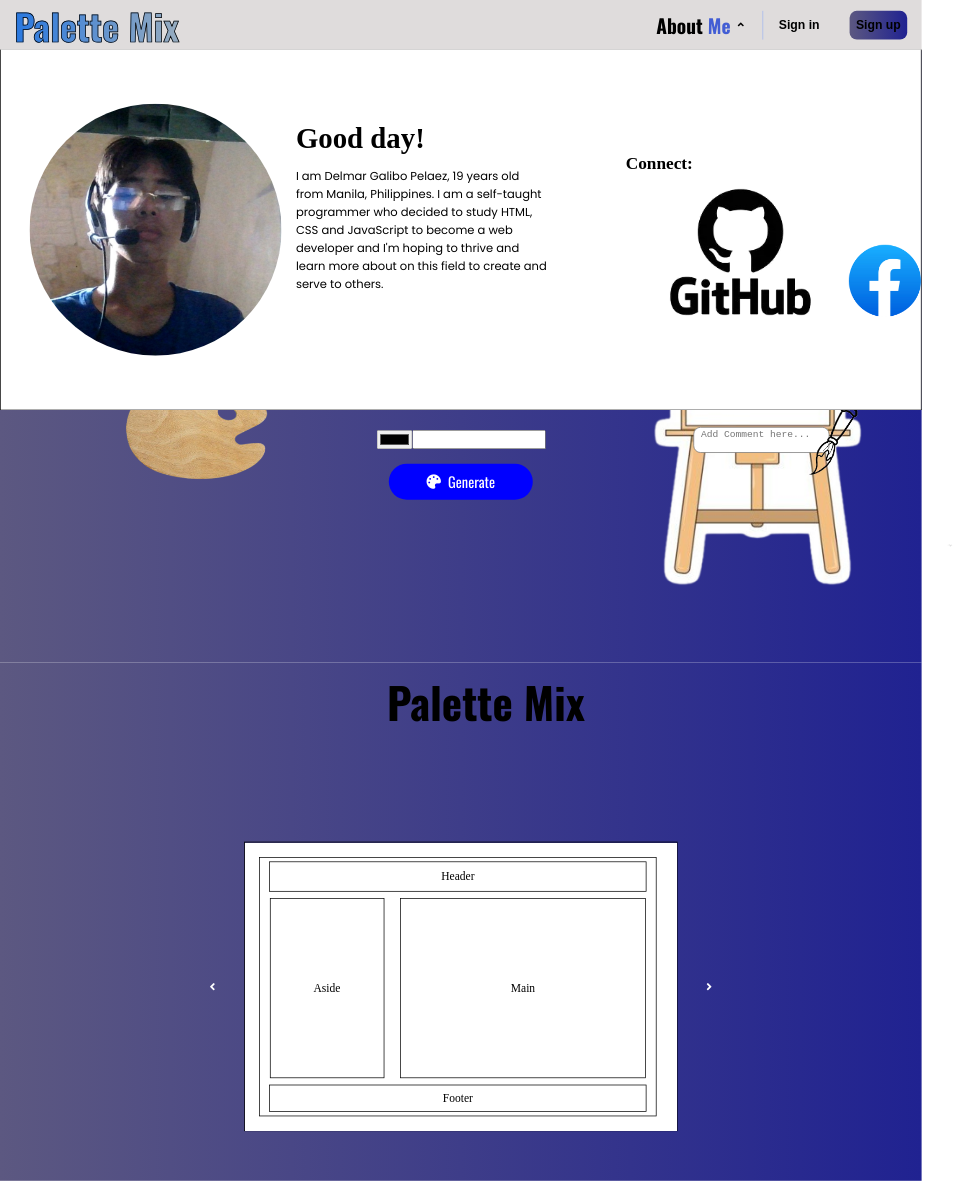
Repository: dmpelaez/Login-Signup-form
Page: Color/colorHeader.html
The author's editor kept a copy of each file at every save. The page is drawn from the files as they stood at one save, then again after a run of saves.
The browser window is 1280 px wide. The page is 1353 px wide, so the pictures cover 1353 px, including what lies to the right of the window. The pictures show the whole page, at 72% of full size.
Some web libraries are served in a nearby version.

Above is the page before, as saved 2025-12-12 18:17:19.

### Color/colorHeader.html
<!DOCTYPE html>

  <html lang="en" dir="ltr">

    <head>

      <title>Palette Mix</title>
      <!--Style-->
      <link rel="stylesheet" href="colorHeader.css">
      <link rel="stylesheet" href="colorMain.css">
      <link rel="stylesheet" href="https://cdnjs.cloudflare.com/ajax/libs/font-awesome/5.14.0/css/all.min.css">
    </head>
    <body>

      <header class="color-header">
        <!--Title-->
        <a href="colorHeader.html">
          <section id="title" class="color-title">
            Palette Mix
          </section>
        </a>

        <!--End-->

        <!--Right side navigation bar-->
        <section class="navigation-bar">

          <!--About me-->
          <button class="about-me">
            <span class="aboutme">About <span class="me-text">Me</span></span>
            <i class="fas fa-angle-up"></i>
          </button>

          <!--Login & Signup form-->
          <div class="signin-signup">
            <button class="sign-in">
              Sign in
            </button>
            <button class="sign-up">
              Sign up
            </button>
          </div>
        </section>
        <!--End-->
        <div class="aboutmeSection">
          <div class="sectionAboutme">

            <img class="imageofme" alt="Creator Image" src="WIN_20241001_13_05_33_Pro.jpg">
            <P class="gd">Good day!</P>
            <p class="introduction">
              I am Delmar Galibo Pelaez, 19 years old from Manila, Philippines.
              I am a self-taught programmer who decided to study HTML, CSS and JavaScript to become
              a web developer and I'm hoping to thrive and learn more about on this field to create and serve to others.
            </p>

          </div>

          <div class="connectSection">
            <div class="contacts">
              <h2 class="connect-text">Connect:</h2>
              <a class="githubLink" href="#" target="_blank">
                 <img class="github" alt="Github" src="download__1_-removebg-preview.png">
              </a>
              <a class="facebook"  href="#" target="_blank">
                <img class="fb"  alt="Facebook" src="facebook-logo (1).png">
              </a>
            </div>

          </div>

        </div>


      </header>

      <main class="mainpage">

        <!--Main page-->
        <div class="main-page">

          <section class="title1">

            <h1 class="intro">Your color palettes generator!</h1>

            <h3 class="little-info">Create the perfect palette and get inspired by thousands of beautiful color schemes.</h3>
            <div class="sliding">
              <div class="colors">
              </div>
              <div class="colors2">
              </div>
              <div class="colors3">
              </div>
               <div class="colors4">
              </div>
            </div>

            <div class="colorSearch">
              <input type="color" class="colorbox">
              <Input type="text"  class="textbox">
              <img class="brush" src="brush.png">
              <img class="plate" src="plate.png">
              <img class="board" src="board.png">
                <div class="comment-section">
                  <h3 class="comment-text">Comment Here!</h3>
                  <ul class="comment-list"></ul>
                  <textarea class="comment-input" placeholder="Add Comment here..."></textarea>
                </div>
              </img>

            </div>

            <button class="generator">
              <i class="fas fa-palette"></i>
              Generate
            </button>
          </section>


        </div>

        <div class="theWhole">
          <div class="paletteText">Palette Mix</div>
          <div class="colorGenerator">
          </div>

          <div class="wholeDesign">
          <i id="leftIcon" class="fas fa-angle-left"></i>
              <div class="divBox">

            <!--Design 1-->


            <div class="divScroll">
              <div  class="div1">
                <div id="randomBox1" class="divpage1">
                  <header id="randomBox2" class="headerDiv1">Header</header>
                  <main  id="randomBox3" class="mainDiv1">
                    <div id="randomBox4" class="asideDiv1">Aside</div>
                    <div id="randomBox5" class="frontDiv1">Main</div>
                  </main>
                  <footer id="randomBox7" class="footerDiv1">Footer</footer>
                </div>
              </div>
              <!--Design 2-->
              <div  class="div2">
                <div id="randomBox1" class="divpage2">
                  <header id="randomBox2" class="headerDiv2">Header</header>
                    <div id="randomBox4" class="asideDiv2">Aside</div>
                    <div id="randomBox5" class="frontDiv2">Main</div>
                  <footer id="randomBox7" class="footerDiv2">Footer</footer>
                </div>
              </div>

              <!--Design 3-->

              <div  class="div3">
                <div id="randomBox1" class="divpage3">
                  <header id="randomBox2" class="headerDiv3">Header</header>
                    <div class="navBar">Navigation</div>
                    <div id="randomBox4" class="asideDiv3">Aside</div>
                    <div id="randomBox4" class="asideDiv32">Aside</div>
                    <div id="randomBox5" class="frontDiv3">Main</div>

                  <footer id="randomBox7" class="footerDiv3">Footer</footer>
                </div>
              </div>

            </div>
          </div>
          <i id="rightIcon"class="fas fa-angle-right"></i>



        </div>

        </div>


      </main>


      <script type="module" src="color.js"></script>

    </body>

  </html>

### Color/colorHeader.css
@import url('https://fonts.googleapis.com/css2?family=Anton&family=Oswald:wght@200..700&family=Poppins:ital,wght@0,100;0,200;0,300;0,400;0,500;0,600;0,700;0,800;0,900;1,100;1,200;1,300;1,400;1,500;1,600;1,700;1,800;1,900&family=Roboto:ital,wght@0,100..900;1,100..900&display=swap');

body {
  margin: 0;
  padding: 0;
}

.color-header {
  display: flex;
  justify-content: space-between;
  align-items: center;
  padding-left: 20px;
  padding-right: 20px;
  background: rgb(223, 220, 220);
  box-sizing: border-box;
  position: fixed;
  right: 0;
  left: 0;
  top: 0;
  height: 70px;
  border-bottom: 1px solid gray;
  z-index: 2;
}
@media (max-width: 670px) {
  .color-header {
    gap: 30px;
  }
}

a {
  text-decoration: none;
  flex-shrink: 0;
}

.color-title {
font-family: "Oswald", sans-serif;
font-weight: bold;
display: flex;
height: 50px;
font-size: 50px;
justify-content: start;
align-items: center;
-webkit-text-stroke: 1px black;
background: linear-gradient(90deg, rgb(41, 120, 224), rgb(150, 171, 190));
-webkit-background-clip: text;
-webkit-text-fill-color: transparent;
transition: all 0.3s ease;
cursor: pointer;
flex-shrink: 0;
}




.navigation-bar {
  display: Flex;
  justify-content: space-between;
  align-items: center;
  gap: 20px;
  height: 50px;
}
.signin-signup {
  display: Flex;
  border-left: 1px solid rgb(162, 183, 240);
  justify-content: space-between;
  align-items: center;
  gap: 30px;
  height: 40px;
  padding-left: 10px;
}

.sign-up {
  height: 40px;
  width: 80px;
  border-radius: 10px;
  border: none;
  background: transparent;
  color: black;
  font-family: arial;
  font-weight: bold;
  font-size: 17px;
  cursor: pointer;
  background: linear-gradient(90deg, rgb(92, 88, 129), rgb(32, 34, 145));
}
.sign-in {
  height: 40px;
  width: 80px;
  border-radius: 10px;
  border: none;
  background: transparent;
  color: black;
  font-family: arial;
  font-weight: bold;
  font-size: 17px;
  cursor: pointer;

}
.sign-in:hover,
.sign-up:hover {
background: linear-gradient(90deg, rgb(92, 88, 129), rgb(32, 34, 145));
  color: white;
}
.about-me {
  display: flex;
  justify-content: space-evenly;
  height: 40px;
  align-items: center;
  background-color: transparent;
  border: none;
  cursor: pointer;
  border-radius: 5px;
  flex-shrink: 0;
}
.about-me:hover {
  color: white;
  background: linear-gradient(90deg, rgb(92, 88, 129), rgb(32, 34, 145));
}
.aboutme {
  font-weight: bold;
  font-size: 27px;
  font-family: "Oswald";

}

.me-text {
  margin-right: 10px;
  color: rgb(66, 93, 212);
}

### Color/colorMain.css
@import url('https://fonts.googleapis.com/css2?family=Anton&family=Luckiest+Guy&family=Oswald:wght@200..700&family=Poppins:ital,wght@0,100;0,200;0,300;0,400;0,500;0,600;0,700;0,800;0,900;1,100;1,200;1,300;1,400;1,500;1,600;1,700;1,800;1,900&family=Roboto:ital,wght@0,100..900;1,100..900&display=swap');

body {
  height: 1580px;
}

.mainpage {
margin-top: 70px;
display: grid;
max-width: 1900px;
flex-shrink: 0;
position: relative;
}



.main-page {

}
.intro {
  font-weight: bold;
  font-size: 95px;
  white-space: wrap;
  font-family: "Oswald";
  flex-shrink: 0;
  display: flex;
  margin: 0px;
}


.aboutmeSection {
  display: flex;
  position: absolute;
  border: 1px solid black;
  background-color: white;
  left: 0;
  top: 100%;
  right: 0%;
  border-top: none;
  height: 500px;
  justify-content: space-between;
  align-items: center;
}
.sectionAboutme {
  display: flex;
  height: 200px;
  justify-content: center;
 align-items: center;
 position: relative;
 gap: 20px;
 padding-left: 40px;
}
.imageofme {
  width: 350px;
  height: 350px;
  object-fit: cover;
  border-radius: 50%;
}
.introduction {
  width: 350px;
  font-family: "Poppins";
}
.gd {
  font-weight: bold;
  font-size: 40px;
  white-space: nowrap;
  position: absolute;
  top: -90px;
  left: 410px;
}
.fb {
  width: 100px;
}




.title1 {
  display: flex;
  flex-direction: column;
    width: 100%;
  height: 800px;
  justify-content: start;
  position: relative;
  padding-top: 50px;
  align-items: center;
 background: linear-gradient(90deg, rgb(92, 88, 129), rgb(32, 34, 145));
 transition: background 6s ease;

}


.animate-gradient {
  animation: gradientShift 6s infinite alternate;
}

.little-info {

  font-size: 19px;
  color: rgb(0, 0, 0);
  font-family: "Poppins";
}

.letters {
  display: inline-block;
  margin: 2px;
}

.letters:hover {
  cursor: pointer;
  transition: text-shadow 0.3s ease;

  animation: wiggle 0.2s infinite alternate;
}


@keyframes wiggle {
  from {transform: translateX(0);}
  to {transform: translateX(-10px);}
}
.colors,
.colors2,
.colors3,
.colors4  {
  display: flex;

   width: 500px;
  height: 150px;
  justify-content: center;

   gap: 10px;
}
.colors div,
.colors2 div,
.colors3 div,
.colors4 div {
  display: Flex;
  height: 145px;
  flex-direction: row;
  width: 200px;
  justify-content: center;
}
.box {
  display: Flex;
  align-items: center;
  justify-content: center;
  font-weight: bold;
  font-size: 19px;
  text-transform: uppercase;
  cursor: pointer;

  border-radius: 10px;
}
.sliding {

  height: 250px;
 position: relative;
 overflow: hidden;
 margin-bottom: 20px;
}
.colors,
.colors2,
.colors3,
.colors4 {
  animation: scrollUp 6s linear infinite;

}


@keyframes scrollUp {
  0%   { transform: translateY(0); }
  25%   { transform: translateY(-50%); }
  50%   { transform: translateY(-100%); }
  75%   { transform: translateY(-150%); }
  100% { transform: translateY(-205%); }
}

.colorSearch {
  display: Flex;
  position: relative;
}
.brush {
  position: absolute;
  width: 300px;
  object-fit: cover;
  z-index: 1;
  top: -250px;
  right: -580px;
  pointer-events: none;
}
.plate {
  position: absolute;
  width: 200px;
  left: -350px;
  top: -70px;


}
.board {
  position: absolute;
  width: 600px;
  top: -330px;
  left: 230px;
  pointer-events: none;
}

.comment-section {
  position: absolute;
  right: -394px;
  bottom: -20%;
  display: flex;
  flex-direction: column;
  height: 250px;
  justify-content: end;
  text-align: center;

}
.comment-list {
position: absolute;
bottom: 10%;
display: flex;
align-items: left;
justify-content: start;

gap: 10px;
height: 140px;
width: 189px;
padding: 0;
left: -16px;
flex-direction: column;
overflow-y: scroll;
padding-left: 10px;
}
.comment-text {
  margin: 0px;
  Position: absolute;
  top: 45px;
  left: 20px;
  white-space: nowrap;
}
.comment-input {
display: flex;
position: initial;
padding-left: 10px;
text-align: middle;
align-items: center;
justify-content: center;
border-radius: 10px;
outline: none;
}
.comments {
  display: flex;
  justify-content: start;
  text-align: left;
  width: 160px;
  white-space: normal;
  word-wrap: break-word;
  word-break: break-all;
  overflow-wrap: break-word;
  border: 1px solid gray;
  padding: 10px;
  padding-right: 0px;
}


.generator {
  display: flex;
  background: blue;
  border: none;
  border-radius: 50px;
  height: 50px;
  align-items: center;
  justify-content: center;
  margin-top: 20px;
  width: 200px;
  font-family: "Oswald";
  font-size: 20px;
  color: white;
  cursor: pointer;
}
.generator i {
  margin-right: 10px;
}

.colorGenerator {
  display: flex;


  height: 200px;
  width: 100%;
  align-self: center;
 justify-self: center;
 align-items: center;
 justify-content: center;
 gap: 10px;

}
.generateColor {
  display: flex;
  border-width: 1px;
  border-radius: solid;
  width: 200px;
  height: 100px;
  justify-content: center;
  align-items: center;
  cursor: pointer;
  color: black;
}

.paletteText {
  font-weight: bold;
  font-family: "Oswald";
  font-size: 60px;
  position: absolute;
  left: 42%;
  top: 0;
  right: 50%;
  white-space: nowrap;
  top: 10px;

}

.theWhole {
  height: 100vh;
  display: flex;
  flex-direction: column;
  justify-content: center;
  align-items: center;
  position: relative;
 background: linear-gradient(90deg, rgb(92, 88, 129), rgb(32, 34, 145));
}

.divBox {
  border: 1px solid black;
  height: 400px;
  width: 600px;
  display: flex;
  align-items: center;
  justify-content: center;
  align-self: center;
  justify-self: center;
  gap: 20px;
  background-color: white;
  overflow-x: auto;
  scroll-behavior: smooth;
  position: relative;
}
.divBox::-webkit-scrollbar {
  display: none;
}
.wholeDesign {
  display: flex;
  justify-content: center;
  align-items: center;
  margin-bottom: 20px;
}


.divBox i {
  cursor: pointer;
  margin-right: 10px;
  margin-left: 10px;

}

.divScroll {
  display: flex;
  justify-content: space-evenly;
  height: 90%;
  min-width: 90%;
  position: absolute;
  left: 20px;
  background-color: white;
  gap: 30px;

}

.div1{
  display: grid;
  border: 1px solid black;
  min-height: 90%;
  width: 550px;
  flex-direction: column;
  z-index: 1;


}


.div2 {
 display: grid;
  border: 1px solid black;
  min-height: 90%;
  width: 550px;
  flex-direction: column;
  z-index: 1;

}
.div3 {
  display: grid;
  border: 1px solid black;
  min-height: 90%;
  width: 550px;
  flex-direction: column;
  z-index: 1;
  margin-right: 20px;

}





.divpage1 {
  display: flex;
   z-index: 2;
   flex-direction: column;
  height: 100%;
  min-width: 100%;
  justify-content: space-between;
  align-items: center;

}

.headerDiv1 {
  display: flex;
  align-items: center;
  justify-content: center;
  height: 40px;
  border: 1px solid black;
  min-width: 95%;
  margin-top: 5px;
  z-index: 2;
  background-color: white;
}
.mainDiv1{
  display: flex;
   z-index: 2;
  height: 70%;
  min-width: 95%;
  justify-content: space-between;

}
.footerDiv1 {
  display: flex;
  border: 1px solid black;
  min-width: 95%;
  justify-content: center;
  height: 10%;
  align-items: center;
  margin-bottom: 5px;
    z-index: 2;
    background-color: white;
}
.asideDiv1 {
  border: 1px solid black;
  min-width: 30%;
  display: flex;
  align-items: center;
  justify-content: center;
  z-index: 2;
  background-color: white;
}
.frontDiv1 {
  display: flex;
  border: 1px solid black;
  min-width: 65%;
  justify-content: center;
  align-items: center;
  z-index: 2;
  background-color: white;
}





.divpage2 {
  display: grid;
grid-template-columns: 150px 1fr 1fr 1fr;
grid-template-rows: 150px 1fr 1fr 1fr;
row-gap: 10px;
column-gap: 10px;
margin: 10px;
}
.headerDiv2 {
  grid-row: 1 / 3 span;
  display: flex;
  justify-content: center;
  align-items: center;
  border: 1px solid black;
  background-color: white;
}

.footerDiv2 {
  grid-row: 4 / 1 span;
  grid-column: 4 span;
  display: flex;
  justify-content: center;
  align-items: center;
  border: 1px solid black;
  background-color: white;
}


.frontDiv2 {
grid-column: 2 / 3 span;
grid-row: 1 / 2 span;
display: flex;
justify-content: center;
align-items: center;
border: 1px solid black;
background-color: white;
}
.asideDiv2 {
  grid-column: 2 / 3 span;
  display: flex;
  justify-content: center;
  align-items: center;
  border: 1px solid black;
  background-color: white;
}




.divpage3 {
  display: grid;
  grid-template-columns: 150px 1fr 150px;
  grid-template-rows: 50px 40px 1fr 1fr 40px;
  row-gap: 10px;
  column-gap: 10px;
  margin: 10px;

}
.headerDiv3 {
  grid-column: 1 / 3 span;
  display: flex;
  justify-content: center;
  align-items: center;
  border: 1px solid black;
  background-color: white;
}
.navBar {
  grid-column: 1 / 3 span;
  display: flex;
  justify-content: center;
  align-items: center;
  border: 1px solid black;
background-color: white;
}
.asideDiv3 {
  display: flex;
  border: 1px solid black;
  justify-content: center;
  align-items: center;
background-color: white;
}
.asideDiv32 {
  display: Flex;
  border: 1px black solid;
  grid-row: 4;
  justify-content: center;
  align-items: center;
  background-color: white;
}
.frontDiv3 {
  display: flex;
  justify-content: center;
  align-items: center;
  border: 1px solid black;
  grid-row: 3 / 2 span;
  grid-column: 2 / 2 span;
  background-color: white;
}
.footerDiv3 {
  display: Flex;
  align-items: center;
  justify-content: center;
  border: 1px solid black;
  grid-column: 1 / 3 span;
  background-color: white;
}




#leftIcon {
  cursor: pointer;
  color: white;
  margin-right: 20px;
  padding: 20px;
}
#rightIcon {
  cursor: pointer;
  margin-left: 20px;
  padding: 20px;
 color: white;
}

Loaded but not shown: Color/color.js (458 lines, source omitted)

After the next 2 saves:
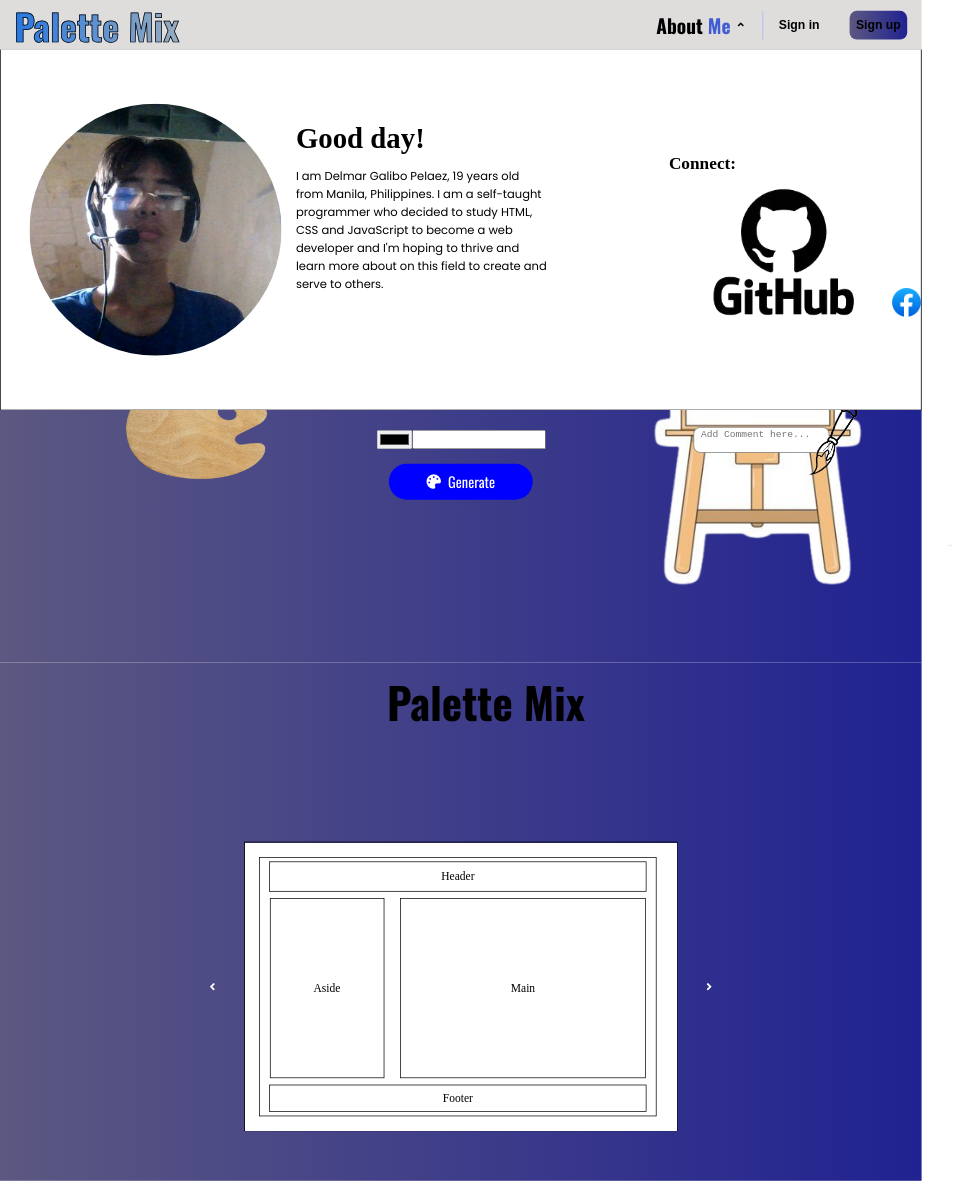
The 2 saves are shown as one change because they came seconds apart.
The last was saved 7 s later.
--- a/Color/colorMain.css
+++ b/Color/colorMain.css
@@ -69,7 +69,7 @@ position: relative;
   left: 410px;
 }
 .fb {
-  width: 100px;
+  width: 40px;
 }
 
 
